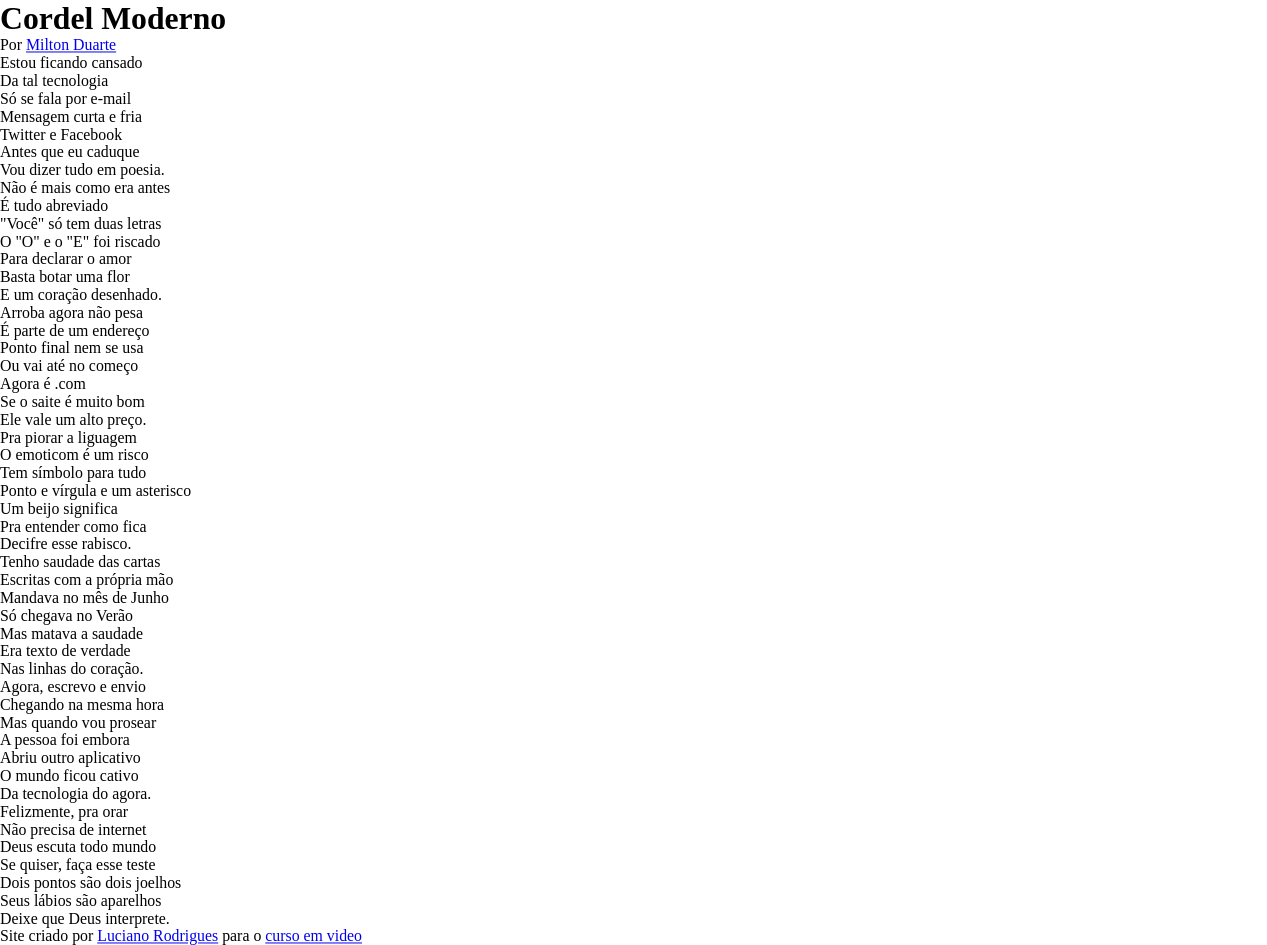
Repository: Lucianorodriguesdev/cursoHTML-CSS
Page: dasafios/index.html
These files come from the project's save history. The page is drawn as it stood at one moment and after the next save; the edit follows.
The browser window is 1280 px wide. The pictures show the whole page, at 99% of full size.

Above is the page before, as saved 2026-06-17 09:11:28.

### dasafios/index.html
<!DOCTYPE html>
<html lang="pt-br">
<head>
    <meta charset="UTF-8">
    <meta name="viewport" content="width=device-width, initial-scale=1.0">
    <title>Cordel Moderno</title>
    <link rel="stylesheet" href="estilo/style.css">
</head>
<body>
    <header>
        <h1>Cordel Moderno</h1>
        <p>Por <a href="https://www.recantodasletras.com.br/poesias/3186743" target="_blank">Milton Duarte</a></p>

    </header>
    <section class="normal">
        <p>
            Estou ficando cansado<br>
            Da tal tecnologia<br>
            Só se fala por e-mail<br>
            Mensagem curta e fria<br>
            Twitter e Facebook<br>
            Antes que eu caduque<br>
            Vou dizer tudo em poesia.
        </p>
    </section>



    <section class="imagem">
        <p>
            Não é mais como era antes<br>
            É tudo abreviado<br>
            "Você" só tem duas letras<br>
            O "O" e o "E" foi riscado<br>
            Para declarar o amor<br>
            Basta botar uma flor<br>
            E um coração desenhado.
        </p>
    </section>



    <section class="normal">
        <p>
            Arroba agora não pesa<br>
            É parte de um endereço<br>
            Ponto final nem se usa<br>
            Ou vai até no começo<br>
            Agora é .com<br>
            Se o saite é muito bom<br>
            Ele vale um alto preço.
        </p>

        <p>
            Pra piorar a liguagem<br>
            O emoticom é um risco<br>
            Tem símbolo para tudo<br>
            Ponto e vírgula e um asterisco<br>
            Um beijo significa<br>
            Pra entender como fica<br>
            Decifre esse rabisco.
        </p>
    </section>



    <section class="imagem">
        <p>
            Tenho saudade das cartas<br>
            Escritas com a própria mão<br>
            Mandava no mês de Junho<br>
            Só chegava no Verão<br>
            Mas matava a saudade<br>
            Era texto de verdade<br>
            Nas linhas do coração.
        </p>
    </section>



    <section class="normal">
        <p>
            Agora, escrevo e envio<br>
            Chegando na mesma hora<br>
            Mas quando vou prosear<br>
            A pessoa foi embora<br>
            Abriu outro aplicativo<br>
            O mundo ficou cativo<br>
            Da tecnologia do agora.
        </p>

        <p>
            Felizmente, pra orar<br>
            Não precisa de internet<br>
            Deus escuta todo mundo<br>
            Se quiser, faça esse teste<br>
            Dois pontos são dois joelhos<br>
            Seus lábios são aparelhos<br>
            Deixe que Deus interprete.
        </p>
    </section>
    <footer>
        <p>Site criado por <a href="https://github.com/Lucianorodriguesdev" target="_blank">Luciano Rodrigues</a> para o <a href="www.cursoemvideo.com" target="_blank">curso em video</a></p>
    </footer>

</body>
</html>

### dasafios/estilo/style.css
@charset_"UTF-8";

*{
    margin: 0px;
    padding: 0px;
}

After the next save:
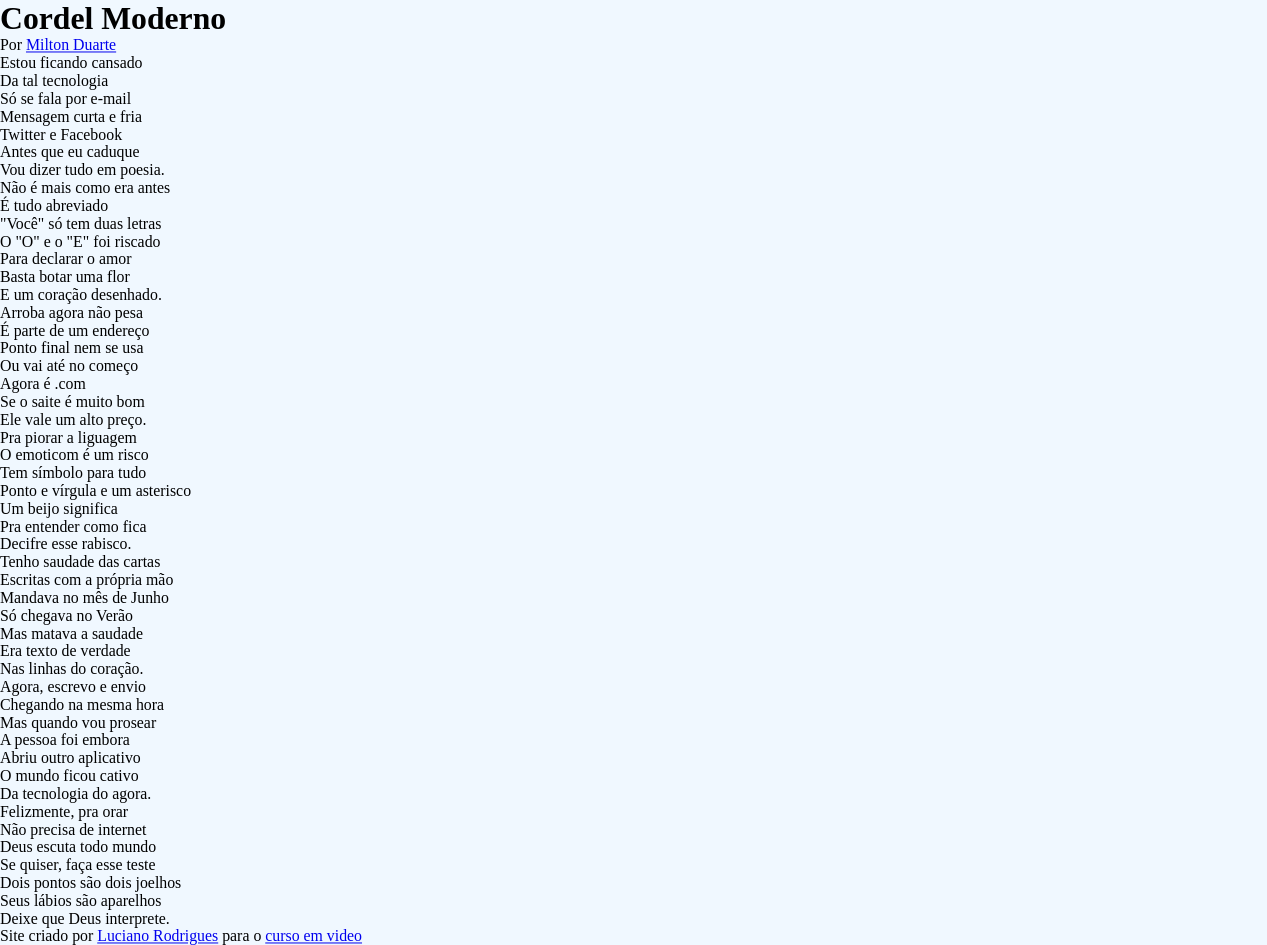
Saved 83 s later.
--- a/dasafios/estilo/style.css
+++ b/dasafios/estilo/style.css
@@ -4,3 +4,7 @@
     margin: 0px;
     padding: 0px;
 }
+body{
+    height: 100vh;
+    background-color: aliceblue;
+}
